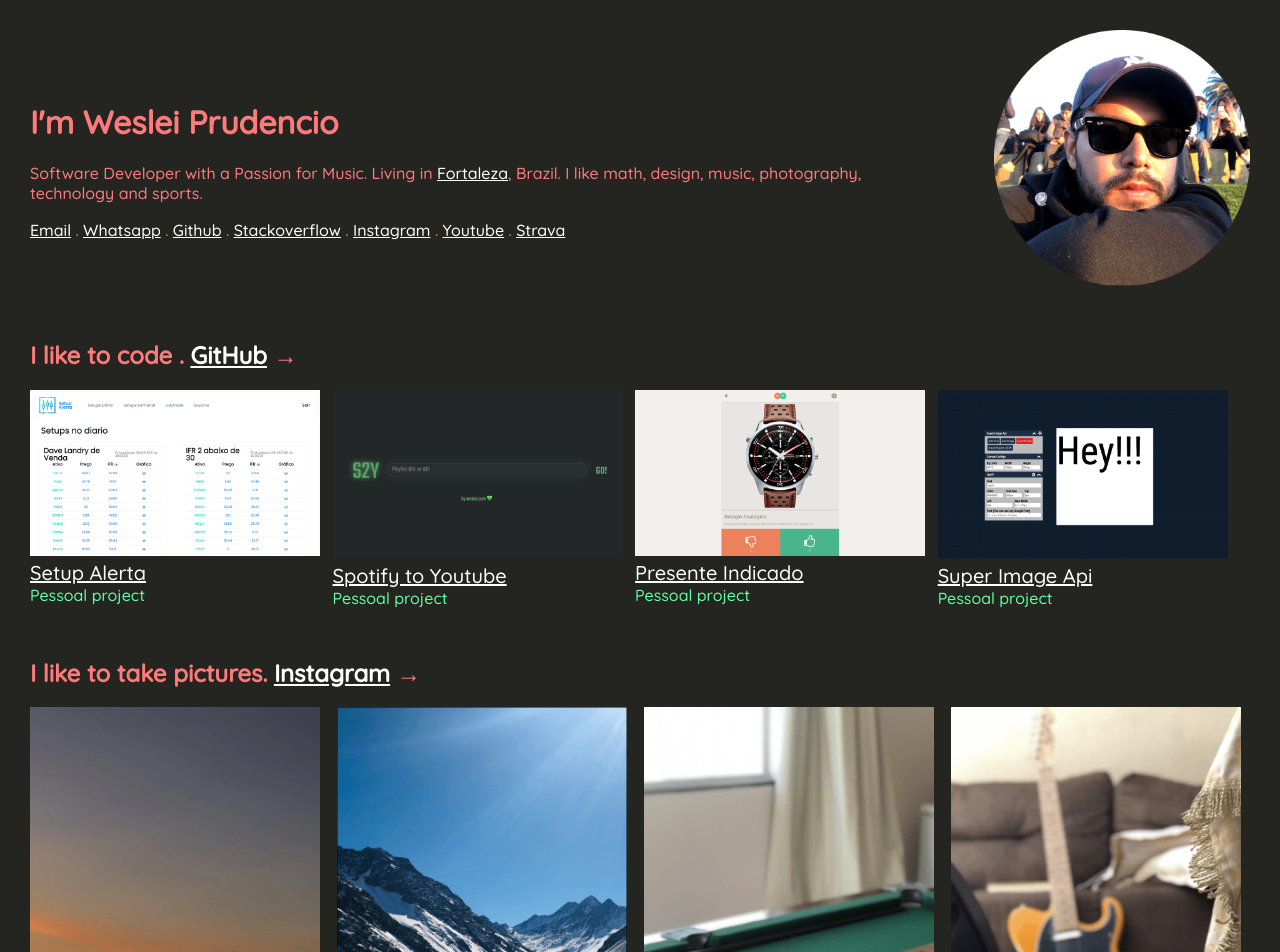
Repository: wprudencio/mywebsite
Page: index_src.html
These files come from the project's save history. The page is drawn as it stood at one moment and after the next save; the edit follows.
The browser window is 1280 px wide. The pictures show the part of the page from y = 0 to 952 px (the page is 1962 px tall).

Above is the page before, as saved 2021-04-15 21:20:38.

### index_src.html
<!DOCTYPE html>
<html lang="en">
  <head>
    <meta charset="UTF-8" />
    <meta name="viewport" content="width=device-width, initial-scale=1.0" />
    <meta http-equiv="X-UA-Compatible" content="ie=edge" />
    <meta name="description" content="Software Developer with a Passion for Music. I like math, design, music, photography, technology and sports.">
    <meta name="keywords" content="Software Engineer,nodejs,node,node.js,javascript,react,react-native,react,postgree,dokku,docker,css,html,fullstack,fullstack developer">
    <title>Weslei Prudencio - Fullstack Developer</title>
    <link rel="stylesheet" type="text/css" href="style.css" />
    <link rel="preconnect" href="https://fonts.gstatic.com" />
    <link rel="shortcut icon" href="img/favicon.ico">
    <link
      href="https://fonts.googleapis.com/css2?family=Quicksand:wght@500&display=swap"
      rel="stylesheet"
    />
  </head>
  <body>
    <div class="header">
      <div class="titles">
        <h1 class="title">I'm Weslei Prudencio</h1>
        <div class="subtile subcolor">
          Software Developer with a Passion for Music. Living in <a target="_blank" href="https://www.google.com/maps/search/fortaleza/@-3.7402515,-38.5448821,14.12z">Fortaleza</a>,
          Brazil. I like math, design, music, photography, technology and sports.
        </div>
        <div class="social-links">
          <a target="_blank" href="/img/contactme.png">Email</a> . <a target="_blank" href="https://api.whatsapp.com/send?phone=+5585997731370&text=hey!"> Whatsapp</a> . <a target="_blank" href="https://github.com/wprudencio">Github</a> .
          <a target="_blank" href="https://stackoverflow.com/users/1723176/weslei-prudencio">Stackoverflow</a> . <a target="_blank" href="https://www.instagram.com/wesprudencio/">Instagram</a> .
          <a target="_blank" href="https://www.youtube.com/user/wesleiwpa">Youtube</a> . <a target="_blank" href="https://www.strava.com/athletes/46133690">Strava</a>
        </div>
      </div>
      <div class="profile-picture"><img src="./img/weslei.png" /></div>
    </div>

    <section class="code">
      <h1 class="title">
        I like to code . <a href="https://github.com/wprudencio" target="_blank" class="subcolor">GitHub</a>
        <span class="hide-on-mobile">→</span>
      </h1>
      <div class="hide-on-mobile">

        <div class="code-content">
          <img src="img/screenshot_setupalerta.png" width="300" />
          <div class="title"><a class="title" href="https://www.setupalerta.com.br">Setup Alerta</a></div>
          <div class="subtitle">Pessoal project</div>
          <!-- <div class="description">
            Software Developer with a Passion for Design. Living in Fortaleza,
            Brazil. I like math, design, technology, and found in software
            development the perfect balance. Django
          </div> -->
        </div>
        <div class="code-content">
          <img src="img/screenshot_s2y.png" width="300" />
          <div class="title"><a class="title" href="https://spotifytoyoutube.weslei.com/">Spotify to Youtube</a></div>
          <div class="subtitle">Pessoal project</div>
          <!-- <div class="description">
            Software Developer with a Passion for Design. Living in Fortaleza,
            Brazil. I like math, design, technology, and found in software
            development the perfect balance. Django
          </div> -->
        </div>
        <div class="code-content">
          <img src="img/screenshot_presenteindicado.png" width="300" />
          <div class="title"><a class="title" href="https://presenteindicado.herokuapp.com/">Presente Indicado</a></div>
          <div class="subtitle">Pessoal project</div>
          <!-- <div class="description">
            Software Developer with a Passion for music and design. Living in Fortaleza,
            Brazil. I like music, design, technology, and found in software
            development the perfect balance. Django
          </div> -->
        </div>
        <div class="code-content">
          <img src="img/screenshot_superimageapi.png" width="300" />
          <div class="title"><a class="title" href="https://superimageapi.weslei.com/">Super Image Api</a></div>
          <div class="subtitle">Pessoal project</div>
          <!-- <div class="description">
            Software Developer with a Passion for music and design. Living in Fortaleza,
            Brazil. I like music, design, technology, and found in software
            development the perfect balance. Django
          </div> -->
        </div>
        <!-- <div class="code-content">
          <img src="img/screenshot_s2y.png" width="300" />
          <div class="title">Setup Alerta</div>
          <div class="subtitle">Pessoal project</div>
          <div class="description">
            Software Developer with a Passion for Design. Living in Fortaleza,
            Brazil. I like math, design, technology, and found in software
            development the perfect balance. Django
          </div>
        </div> -->
      </div>
    </section>

    <section class="photo">
      <h1 class="title">
        I like to take pictures. <a href="https://www.instagram.com/wesprudencio/" target="_blank" class="subcolor">Instagram</a href="">
        <span class="hide-on-mobile">→</span>
      </h1>
      <div class="section-content hide-on-mobile">
        <img src="img/photo1.png" />
        <img src="img/photo2.png" />
        <img src="img/photo3.png" />
        <img src="img/photo4.png" />
      </div>
    </section>
    <section class="music">
      <h1 class="title">
        I like to play . <a href="https://www.youtube.com/user/wesleiwpa" target="_blank" class="subcolor">YouTube</a>
        <span class="hide-on-mobile">→</span>
      </h1>
      <div class="section-content hide-on-mobile">
        <iframe
          src="https://www.youtube.com/embed/yPIpGEmBJB4"
          frameborder="0"
          allow="accelerometer; autoplay; clipboard-write; encrypted-media; gyroscope; picture-in-picture"
          allowfullscreen
        ></iframe>
        <iframe
          src="https://www.youtube.com/embed/cLxHDwdbUxs"
          frameborder="0"
          allow="accelerometer; autoplay; clipboard-write; encrypted-media; gyroscope; picture-in-picture"
          allowfullscreen
        ></iframe>
        <iframe
          src="https://www.youtube.com/embed/GoNQzONj6T8"
          frameborder="0"
          allow="accelerometer; autoplay; clipboard-write; encrypted-media; gyroscope; picture-in-picture"
          allowfullscreen
        ></iframe>
        <iframe
          src="https://www.youtube.com/embed/zvhm4AExjm4"
          frameborder="0"
          allow="accelerometer; autoplay; clipboard-write; encrypted-media; gyroscope; picture-in-picture"
          allowfullscreen
        ></iframe>
      </div>
    </section>

    <footer>Made with love in 🇧🇷</footer>


<!-- Global site tag (gtag.js) - Google Analytics -->
<script async src="https://www.googletagmanager.com/gtag/js?id=G-LMNC2LT64Z"></script>
<script>
  window.dataLayer = window.dataLayer || [];
  function gtag(){dataLayer.push(arguments);}
  gtag('js', new Date());

  gtag('config', 'G-LMNC2LT64Z');
</script><!-- Global site tag (gtag.js) - Google Analytics -->
<script async src="https://www.googletagmanager.com/gtag/js?id=G-LMNC2LT64Z"></script>
<script>
  window.dataLayer = window.dataLayer || [];
  function gtag(){dataLayer.push(arguments);}
  gtag('js', new Date());

  gtag('config', 'G-LMNC2LT64Z');
</script>
  </body>
</html>

### style.css
body {
  background-color: #242421;
  font-family: "Quicksand", sans-serif;
  color: #ff7a7a;
  max-width: 1400px;
  margin: 0 auto;
  padding: 30px;
}
section {
  margin-top: 50px;
}
a {
  color: #ffff;
}

.social-links {
  padding-top: 17px;
}

.header {
  display: flex;
  flex-direction: row;
  margin: auto;
}

.code > div {
  display: flex;
}

.code-content {
  max-width: 23.8%;
}

.code-content:not(:first-child) {
  padding-left: 1%;
}

.code-content > img {
  width: 100%;
}

.code-content .title {
  font-size: 20px;
}

.code-content .subtitle {
  color: #62ffa1;
}

.code-content .description {
  color: #ffff;
}

.header .titles {
  margin: auto 0;
}

.header .subtile {
  margin-right: 50px;
}

.profile-picture > img {
  width: 256px;
  margin: auto;
}

section.photo img {
  width: 23.8%;

  margin: auto;
}

section.photo img:not(:last-child) {
  padding-right: 1%;
}

section.music iframe {
  width: 23.8%;
  height: 500px;
}

section.music iframe:not(:last-child) {
  padding-right: 1%;
}
footer {
  margin-top: 40px;
}

@media only screen and (min-width: 1077px) {
}

@media only screen and (max-width: 800px) {
  .hide-on-mobile {
    display: none !important;
  }

  .profile-picture > img {
    width: 120px;
    margin: auto;
  }
}

After the next save:
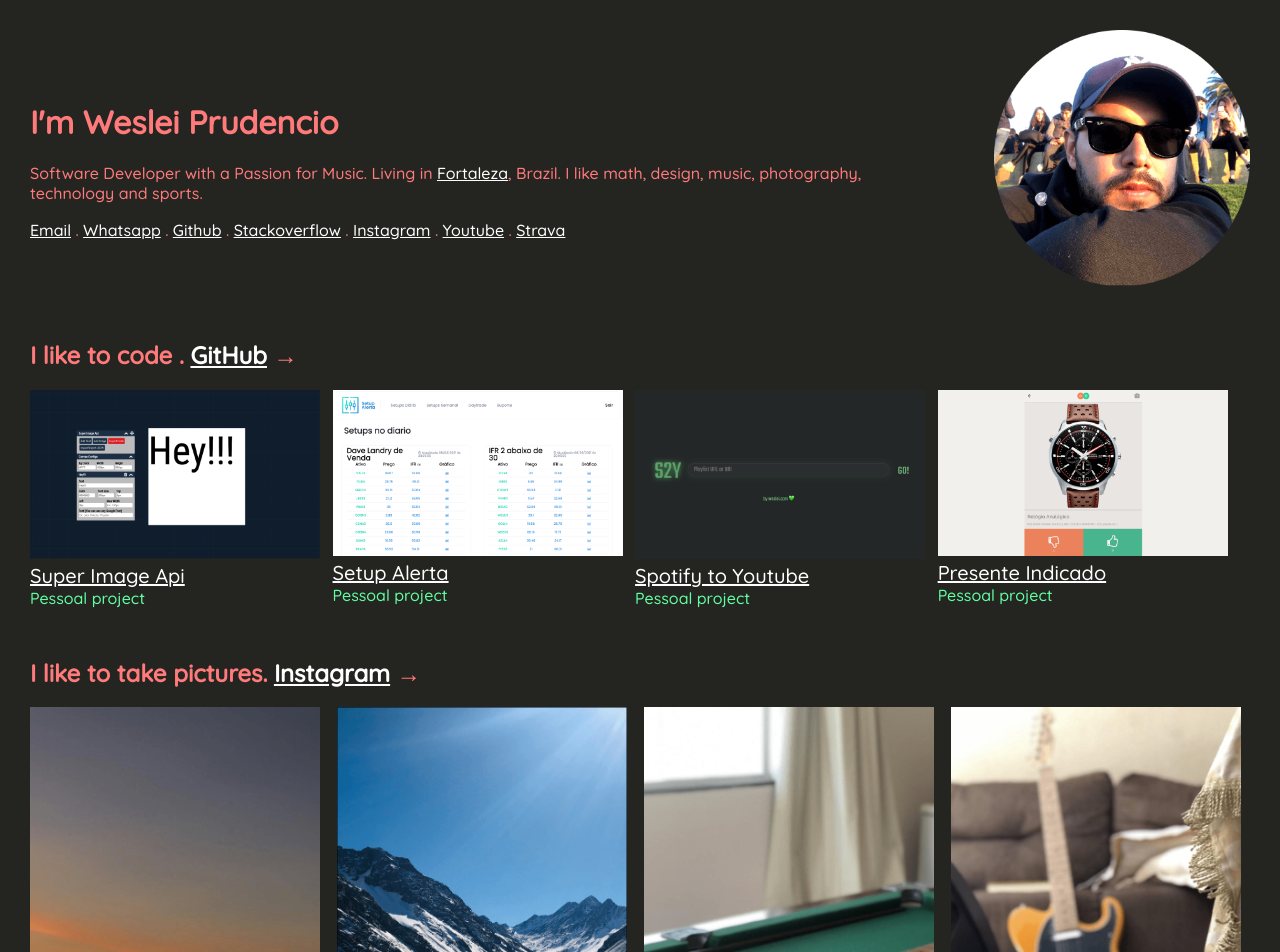
Saved 2 min 34 s later.
--- a/index_src.html
+++ b/index_src.html
@@ -38,7 +38,16 @@
         <span class="hide-on-mobile">→</span>
       </h1>
       <div class="hide-on-mobile">
-
+        <div class="code-content">
+          <img src="img/screenshot_superimageapi.png" width="300" />
+          <div class="title"><a class="title" href="https://superimageapi.weslei.com/">Super Image Api</a></div>
+          <div class="subtitle">Pessoal project</div>
+          <!-- <div class="description">
+            Software Developer with a Passion for music and design. Living in Fortaleza,
+            Brazil. I like music, design, technology, and found in software
+            development the perfect balance. Django
+          </div> -->
+        </div>
         <div class="code-content">
           <img src="img/screenshot_setupalerta.png" width="300" />
           <div class="title"><a class="title" href="https://www.setupalerta.com.br">Setup Alerta</a></div>
@@ -69,16 +78,7 @@
             development the perfect balance. Django
           </div> -->
         </div>
-        <div class="code-content">
-          <img src="img/screenshot_superimageapi.png" width="300" />
-          <div class="title"><a class="title" href="https://superimageapi.weslei.com/">Super Image Api</a></div>
-          <div class="subtitle">Pessoal project</div>
-          <!-- <div class="description">
-            Software Developer with a Passion for music and design. Living in Fortaleza,
-            Brazil. I like music, design, technology, and found in software
-            development the perfect balance. Django
-          </div> -->
-        </div>
+
         <!-- <div class="code-content">
           <img src="img/screenshot_s2y.png" width="300" />
           <div class="title">Setup Alerta</div>
